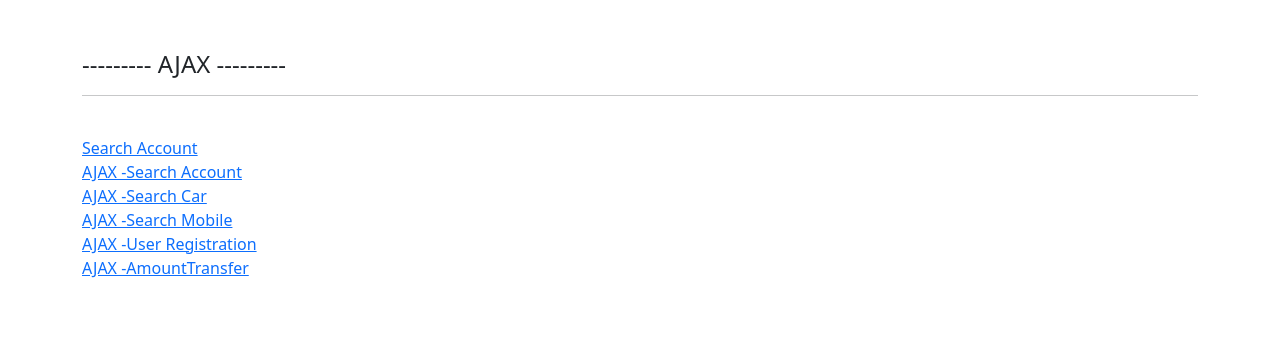
Repository: Kapil-06/My-Java-Projects
Page: http://localhost/AJAX_Module/
The author's editor kept a copy of each file at every save. The page is drawn from the files as they stood at one save, then again after a run of saves.
The browser window is 1280 px wide. The pictures show the whole page.
The page is served by Tomcat 9.

Above is the page before, as saved 2023-06-15 18:33:49.

After the next 2 saves:
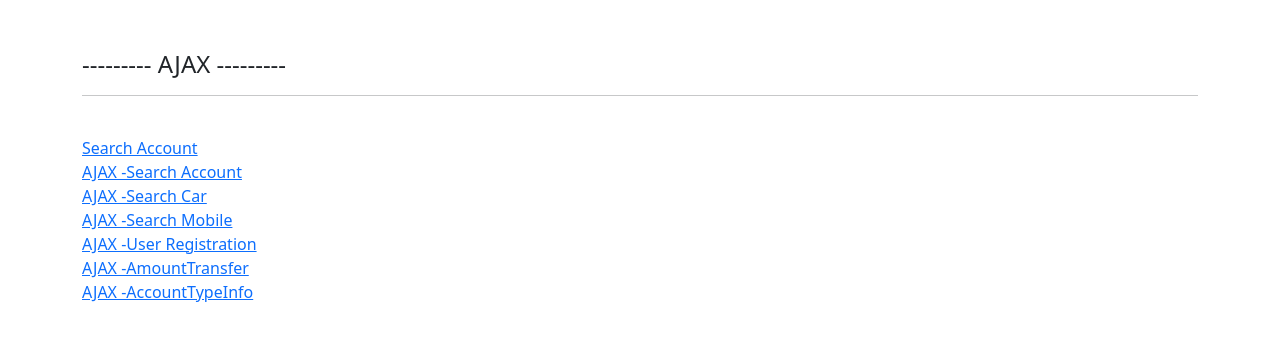
The 2 saves are shown as one change because they came seconds apart.
The last was saved 19 h 42 min later.
--- a/AJAX Module/src/main/webapp/index.jsp
+++ b/AJAX Module/src/main/webapp/index.jsp
@@ -23,6 +23,8 @@
 		<a href="Registration.html">AJAX -User Registration</a>
 		<br>
 		<a href="TransferAmount.html">AJAX -AmountTransfer</a>
+		<br>
+		<a href="AccountTypeInfo.html">AJAX -AccountTypeInfo</a>
     </div>
 </body>
 </html>
